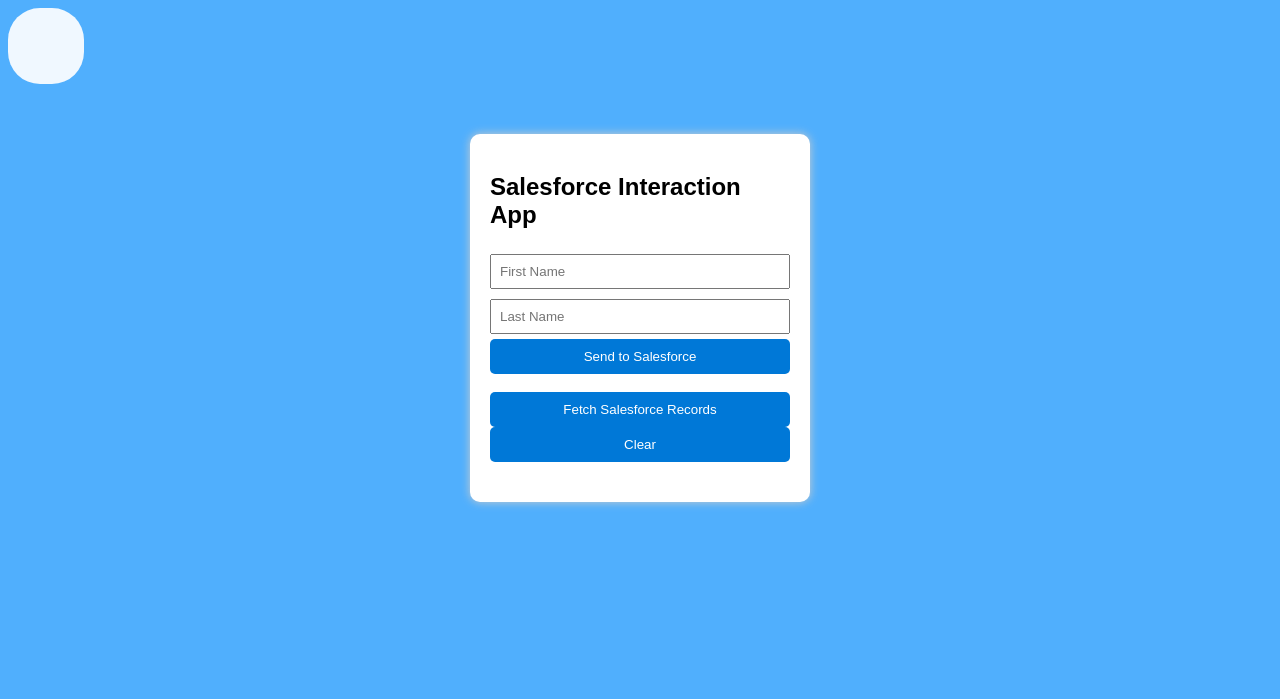
Repository: PamodaW/SalesforceSync
Page: Client/index.html
An editor plug-in stored every save of this project. The page is shown before and after the next save, followed by the edit.
The browser window is 1280 px wide. The pictures show the whole page.

Above is the page before, as saved 2024-11-20 15:13:10.

### Client/index.html
<!DOCTYPE html>
<html lang="en">
<head>
    <meta charset="UTF-8">
    <meta name="viewport" content="width=device-width, initial-scale=1.0">
    <link rel="stylesheet" href="style.css">
    <title>Salesforce Web App</title>
</head>
<body>
    <div class="Clouds"></div>
    <div class="container">
        <h2>Salesforce Interaction App</h2>
        <form id="salesforceForm">
            <input type="text" id="firstName" placeholder="First Name" required>
            <input type="text" id="lastName" placeholder="Last Name" required>
            <br/>
            <button type="button" onclick="createRecord()">Send to Salesforce</button>
        </form>
        <br/>
        <button onclick="fetchRecords()">Fetch Salesforce Records</button>
        <br>
        <button onclick="ClearArea()">Clear</button>
        <div id="output"></div>
    </div>
    <script src="script.js"></script>
</body>
</html>

### Client/style.css
body {
    font-family: Arial, sans-serif;
    background-color: #50affd;
}

.container {
    width: 300px;
    margin: 50px auto;
    padding: 20px;
    background: white;
    border-radius: 10px;
    box-shadow: 0 0 10px #ccc;
}

input {
    width: 100%;
    padding: 8px;
    margin: 5px 0;
    box-sizing: border-box;
}

button {
    width: 100%;
    padding: 10px;
    background: #0078d7;
    color: white;
    border: none;
    border-radius: 5px;
    cursor: pointer;
}

button:hover {
    background: #0056a6;
}

#output {
    margin-top: 20px;
}

.Clouds{
    background-color: aliceblue;
    width: 2cm;
    height: 2cm;
    border-radius: 2rem;
    border: black 2px ;
}

.Clouds:hover{
    background-color: #50affd;

}

### Client/script.js
const consumerKey = "3MVG9DREgiBqN9Wn1tmI.eQb32fXpKrWsCOiPp9anMP.XOEs3Rv7Ic_w7Q17wlZtloetkekoWTk5wvuYA8eFB";
const consumerSecret = "A0E8A1E3413392B2C6332CBA430EEA0D6A9BF24CEB56DDAEEF33126583276774";
const username = "pamodaw@gmail.com";
const password = "Pamzi2020yBm8RGuqKhuSUMUayOxBCQAk";

let accessToken = "";

async function authenticate() {
    try {
        const response = await fetch('http://localhost:3000/authenticate', {
            method: 'POST',
            headers: {
                'Content-Type': 'application/json',
            },
        });

        const data = await response.json();
        if (data.access_token) {
            accessToken = data.access_token;
            instanceUrl = data.instance_url;
            console.log('Authenticated successfully');
        } else {
            console.error('Authentication failed', data);
            alert("Authentication failed: " + JSON.stringify(data));
        }
    } catch (error) {
        console.error('Error during authentication', error);
    }
}


// Step 2: Create a Record in Salesforce
// Assuming the accessToken and instanceUrl are set after authentication

async function createRecord() {
    if (!accessToken || !instanceUrl) {
        await authenticate();
    }

    if (accessToken && instanceUrl) {
        const firstName = document.getElementById("firstName").value;
        const lastName = document.getElementById("lastName").value;

        const newContact = {
            FirstName: firstName,
            LastName: lastName,
        };

        try {
            const response = await fetch('http://localhost:3000/createContact', {  // Matches the server port
                method: 'POST',
                headers: {
                    'Content-Type': 'application/json',
                },
                body: JSON.stringify({
                    accessToken: accessToken,
                    instanceUrl: instanceUrl,
                    contactData: newContact,
                }),
            });

            const data = await response.json();

            if (data.id) {
                console.log('Contact created successfully', data);
                alert(`Contact created successfully: ${data.id}`);
            } else {
                console.error('Failed to create contact', data);
                alert("Failed to create contact: " + JSON.stringify(data));
            }
        } catch (error) {
            console.error('Error during contact creation', error);
        }
    } else {
        console.error('Authentication failed. Cannot create record.');
    }
}



// Step 3: Fetch Records from Salesforce
async function fetchRecords() {
    if (!accessToken || !instanceUrl) {
        await authenticate();
    }

    if (accessToken && instanceUrl) {
        try {
            const response = await fetch('http://localhost:3000/getContacts', {
                method: 'POST',
                headers: {
                    'Content-Type': 'application/json',
                },
                body: JSON.stringify({
                    accessToken: accessToken,
                    instanceUrl: instanceUrl,
                }),
            });

            const contacts = await response.json();

            if (Array.isArray(contacts)) {
                console.log('Contacts fetched successfully:', contacts);
                let output = "<h3>Fetched Contacts:</h3>";
                contacts.forEach(contact => {
                    output += `<p>${contact.FirstName} ${contact.LastName}</p>`;
                });
                document.getElementById('output').innerHTML = output;
            } else {
                console.error('Failed to fetch contacts', contacts);
                alert("Failed to fetch contacts: " + JSON.stringify(contacts));
            }
        } catch (error) {
            console.error('Error during contact fetch', error);
        }
    } else {
        console.error('Authentication failed. Cannot fetch contacts.');
    }
}

//clear the Area
async function ClearArea(){
    document.getElementById('output')
            .innerHTML = "";
}

After the next save:
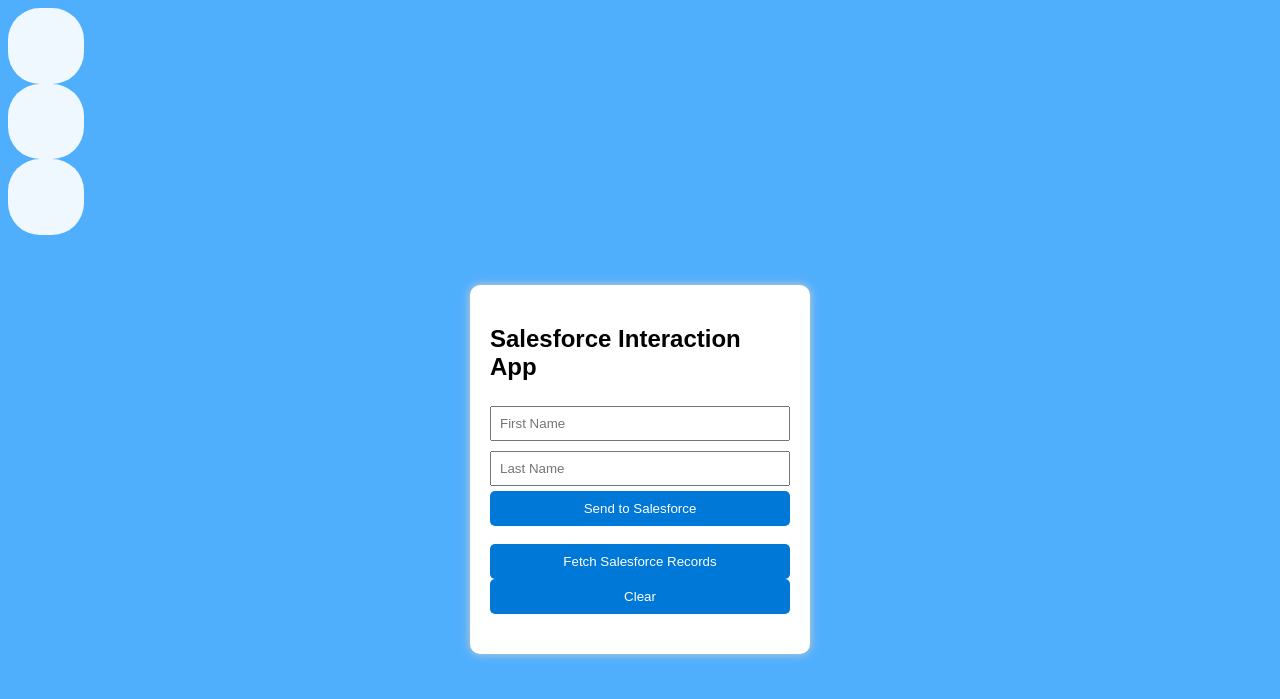
Saved 14 min 31 s later.
--- a/Client/index.html
+++ b/Client/index.html
@@ -7,6 +7,8 @@
     <title>Salesforce Web App</title>
 </head>
 <body>
+    <div class="Clouds"></div>
+    <div class="Clouds"></div>
     <div class="Clouds"></div>
     <div class="container">
         <h2>Salesforce Interaction App</h2>
